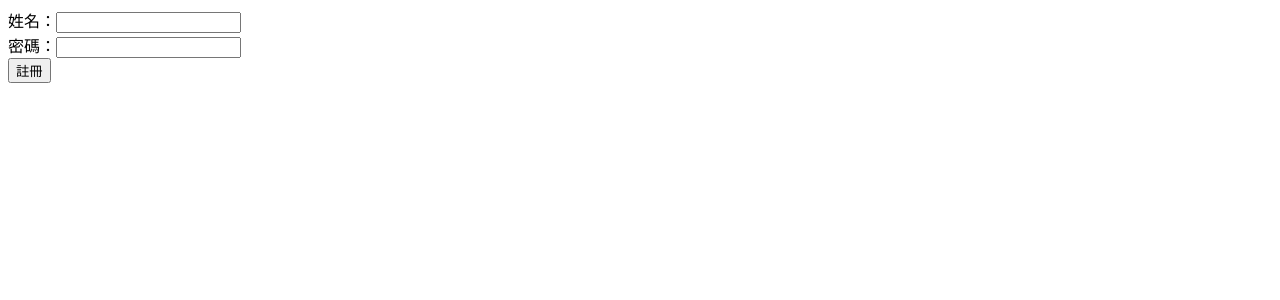
Repository: sc1314520/oce-test
Page: EE/src/main/webapp/html/register2.html
These files come from the project's save history. The page is drawn as it stood at one moment and after a run of saves; the edit follows.
The browser window is 1280 px wide. The pictures show the whole page.

Above is the page before, as saved 2022-12-27 10:07:48.

### EE/src/main/webapp/html/register2.html
<!DOCTYPE html>
<html>
<head>
<meta charset="UTF-8">
<title>Insert title here</title>
</head>
<body>
	<form action="/EE/request6" method="post">
		姓名：<input type="text" name="username"><br>
		密碼：<input type="text" name="password"><br>
		<input type="submit" value="註冊">
	</form>
</body>
</html>

After the next 2 saves:
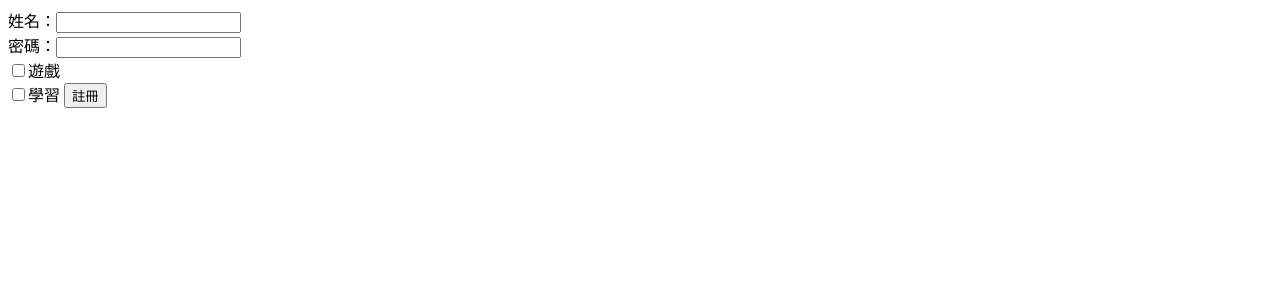
The 2 saves are shown as one change because they came seconds apart.
The last was saved 75 s later.
--- a/EE/src/main/webapp/html/register2.html
+++ b/EE/src/main/webapp/html/register2.html
@@ -8,6 +8,8 @@
 	<form action="/EE/request6" method="post">
 		姓名：<input type="text" name="username"><br>
 		密碼：<input type="text" name="password"><br>
+		<input type="checkbox" name="hobby" value="game">遊戲 <br>
+		<input type="checkbox" name="hobby" value="study">學習
 		<input type="submit" value="註冊">
 	</form>
 </body>
